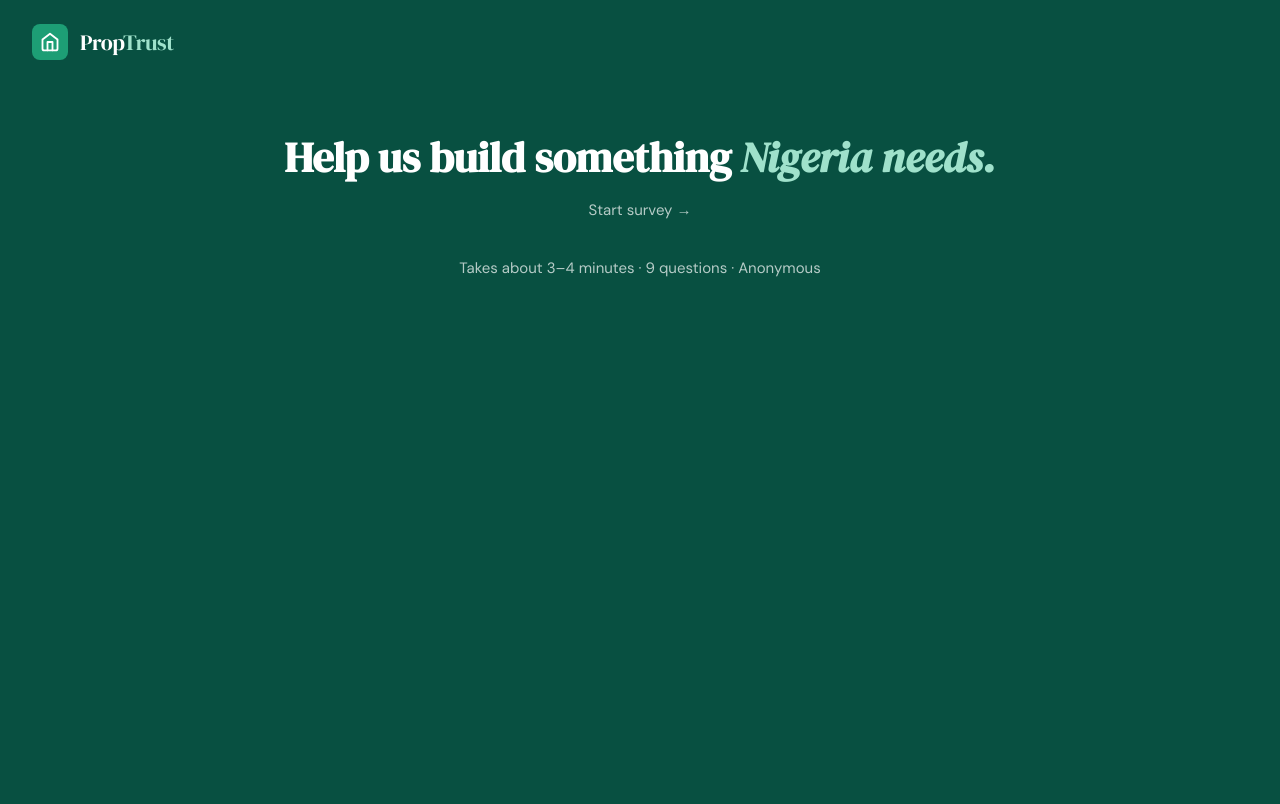
Repository: Shenixo/questionnaire
Page: index.html
The author's editor kept a copy of each file at every save. The page is drawn from the files as they stood at one save, then again after the next save.
The browser window is 1280 px wide. The pictures show the whole page.

Above is the page before, as saved 2026-05-06 14:36:00.

After the next save:
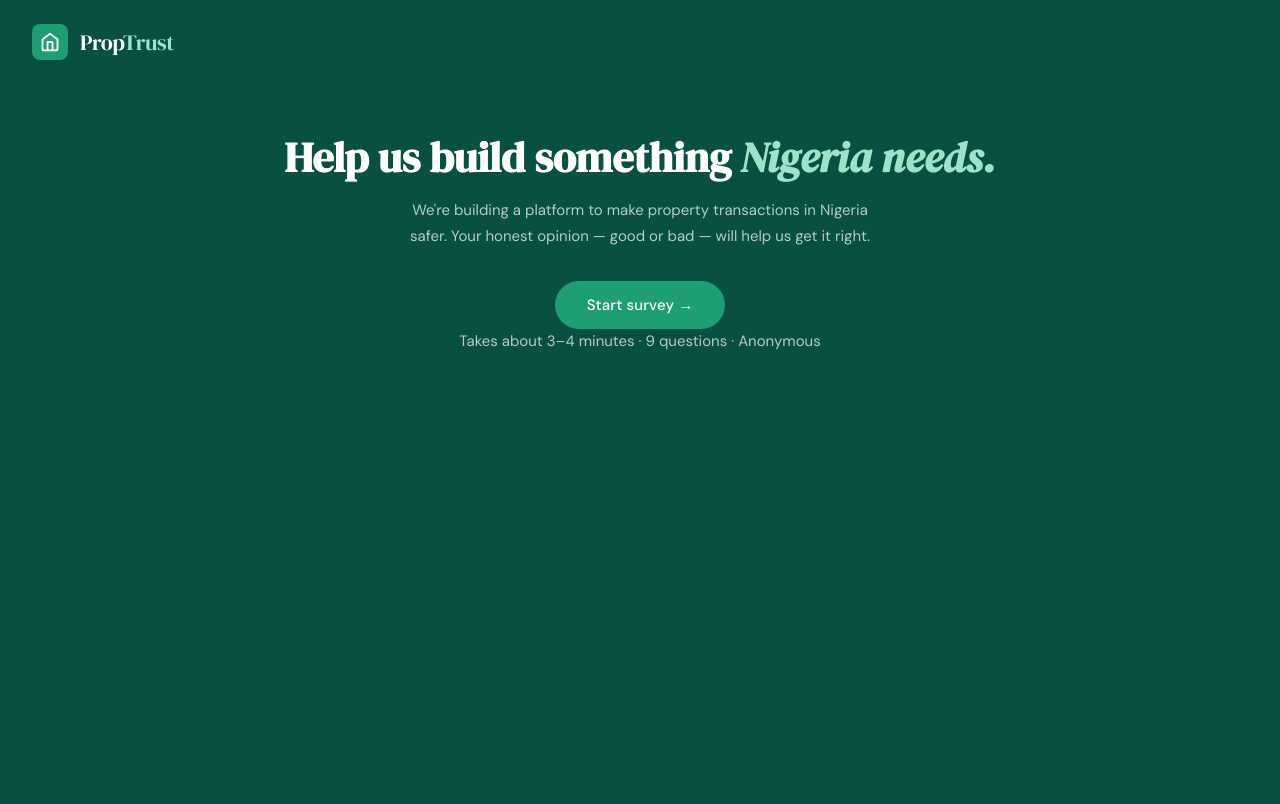
Saved 5 s later.
--- a/index.html
+++ b/index.html
@@ -468,7 +468,7 @@
 <div id="intro-screen">
   <div class="intro">
     <h1>Help us build something <em>Nigeria needs.</em></h1>
-    <p style="marginBottom >We're building a platform to make property transactions in Nigeria safer. Your honest opinion — good or bad — will help us get it right.</p>
+    <p>We're building a platform to make property transactions in Nigeria safer. Your honest opinion — good or bad — will help us get it right.</p>
     <button class="start-btn" onclick="startSurvey()">Start survey →</button>
     <p class="time-note">Takes about 3–4 minutes · 9 questions · Anonymous</p>
   </div>
